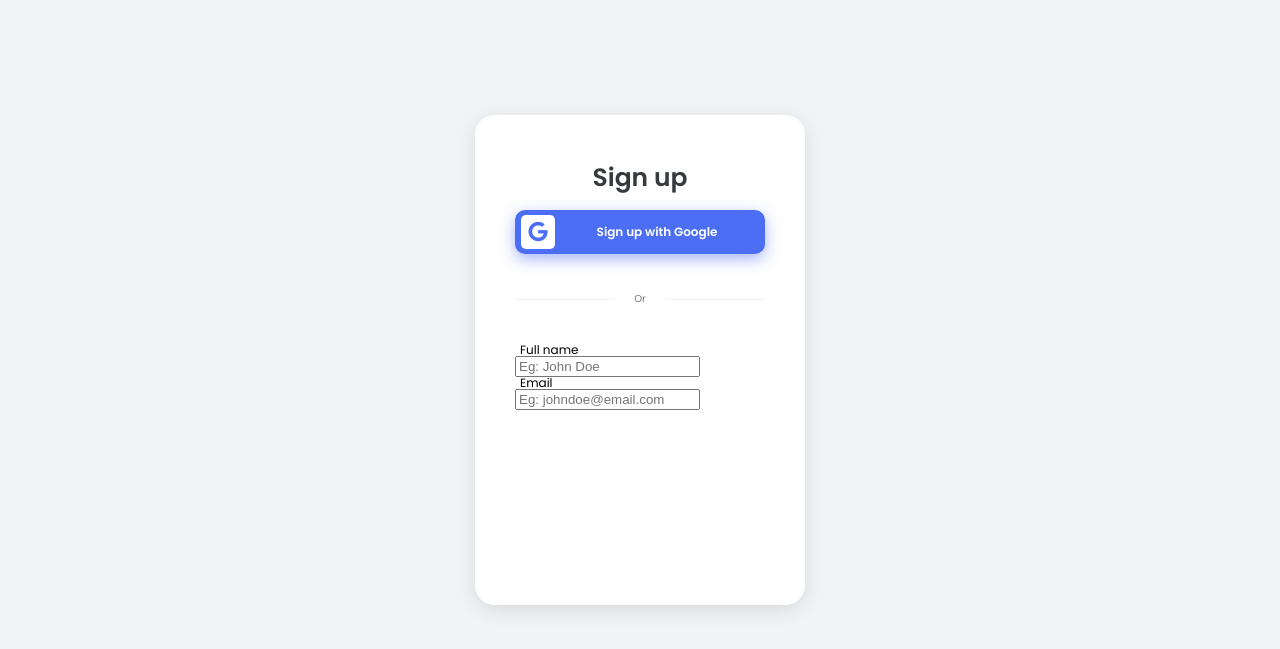
Repository: TranMinhMan040702/practice_html-css
Page: form-login/index.html
An editor plug-in stored every save of this project. The page is shown before and after the next save, followed by the edit.
The browser window is 1280 px wide. The pictures show the whole page.
Some web libraries are served in a nearby version.

Above is the page before, as saved 2022-08-24 13:32:09.

After the next save:
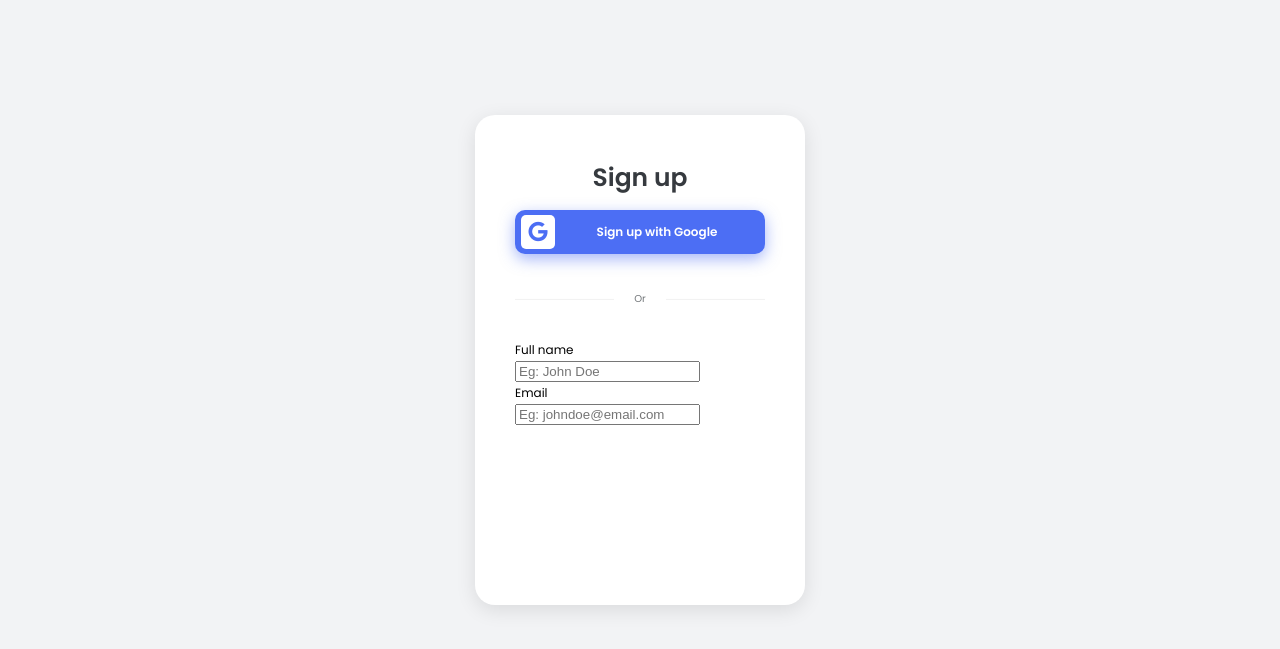
Saved 8 s later.
--- a/form-login/main.css
+++ b/form-login/main.css
@@ -101,7 +101,7 @@ body {
     display: block;
     font-size: 1.2rem;
     font-weight: 400;
-    margin: 0 5px;
+    margin: 5px 0;
 }
 
 .signup-input {
